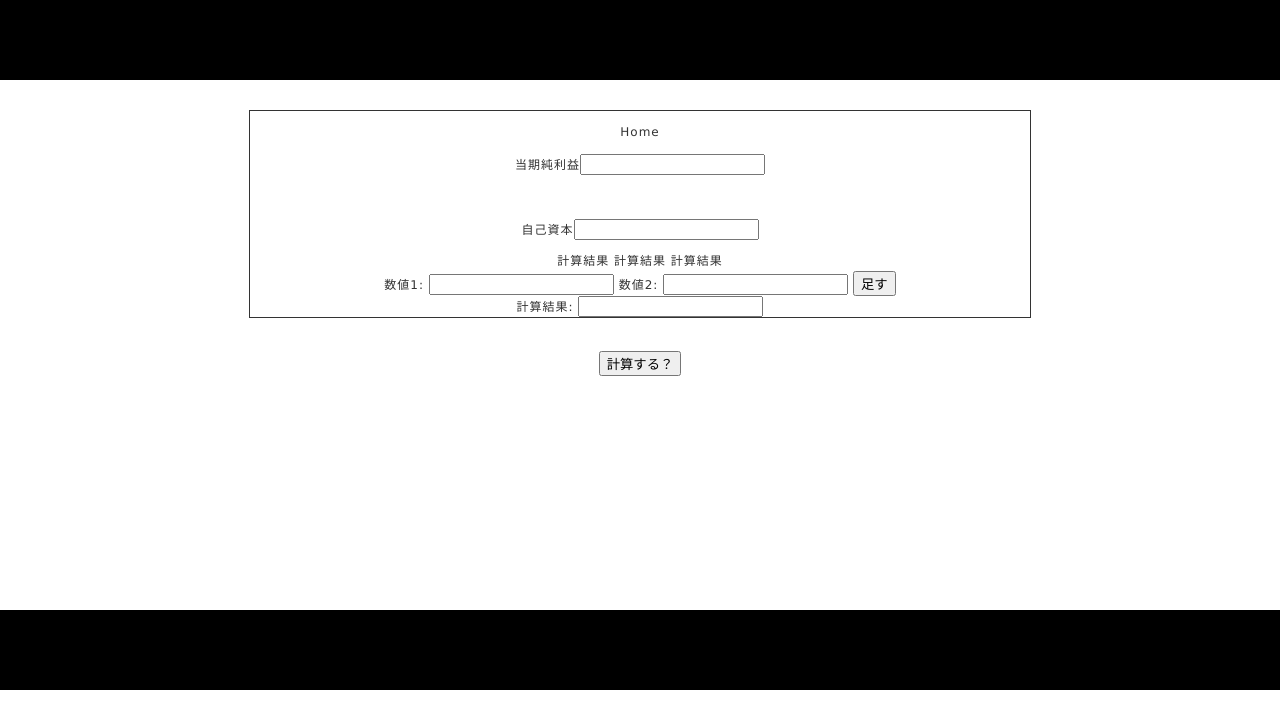
Repository: HattoriKotaro19920408/Keisanchan
Page: http://localhost/Keisanchan/
An editor plug-in stored every save of this project. The page is shown before and after the next save, followed by the edit.
The browser window is 1280 px wide. The pictures show the whole page.
The page is served by Tomcat 9.

Above is the page before, as saved 2018-08-16 02:26:10.

After the next save:
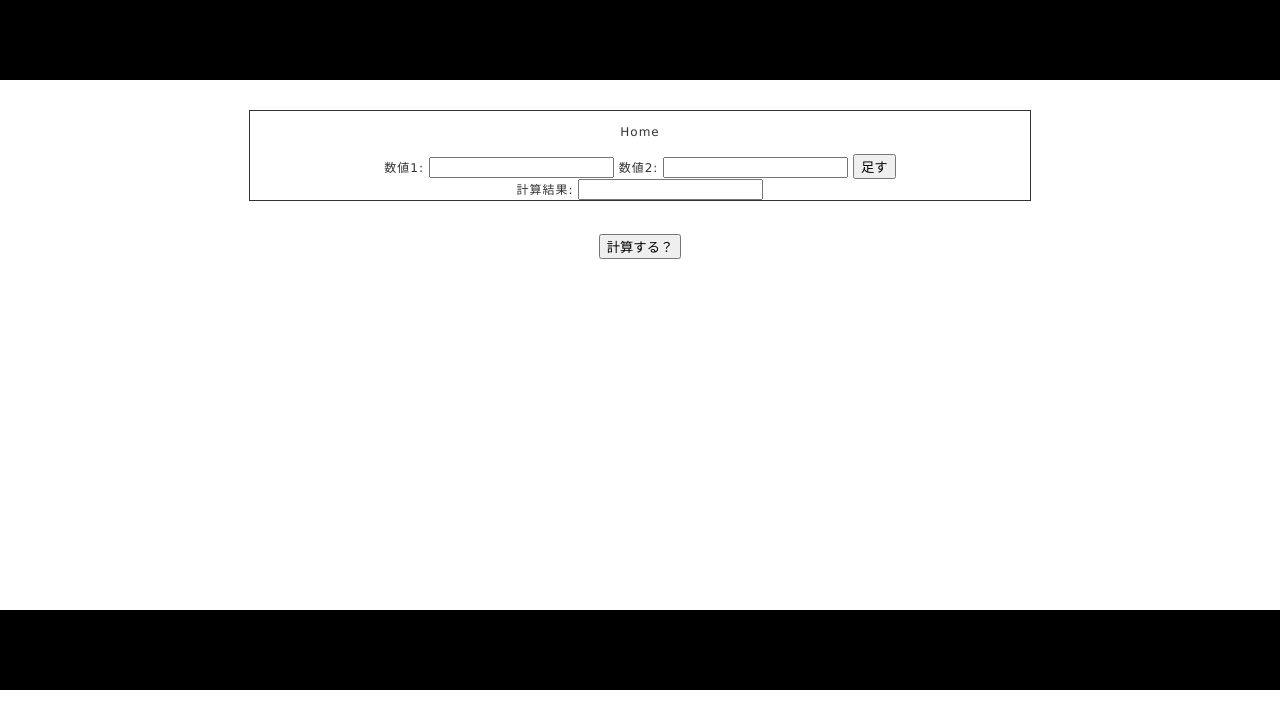
Saved 8 s later.
--- a/Keisanchan/WebContent/home.jsp
+++ b/Keisanchan/WebContent/home.jsp
@@ -65,16 +65,16 @@
          <div id="top">
               <p>Home</p>
 
-              <form oninput="document.getElementById('roe').value =
-					parseInt(document.getElementById('toki').value, 10) /
-					parseInt(document.getElementById('zikoshi').value, 10)">
-					<p>当期純利益<input type="number" id="toki"><p/>
-					<br><p>自己資本<input type="number" id="zikoshi"></p>
+<!--               <form oninput="document.getElementById('roe').value = -->
+<!-- 					parseInt(document.getElementById('toki').value, 10) / -->
+<!-- 					parseInt(document.getElementById('zikoshi').value, 10)"> -->
+<!-- 					<p>当期純利益<input type="number" id="toki"><p/> -->
+<!-- 					<br><p>自己資本<input type="number" id="zikoshi"></p> -->
 
-					<output for="toki zikoshi" id="roe">計算結果</output>
-					<output for="toki zikoshi" id="roe">計算結果</output>
-					<output for="toki zikoshi" id="roe">計算結果</output>
-					</form>
+<!-- 					<output for="toki zikoshi" id="roe">計算結果</output> -->
+<!-- 					<output for="toki zikoshi" id="roe">計算結果</output> -->
+<!-- 					<output for="toki zikoshi" id="roe">計算結果</output> -->
+<!-- 					</form> -->
 					<form>
         <label for="textForm1">数値1: </label>
         <input type="text" id="textForm1">
